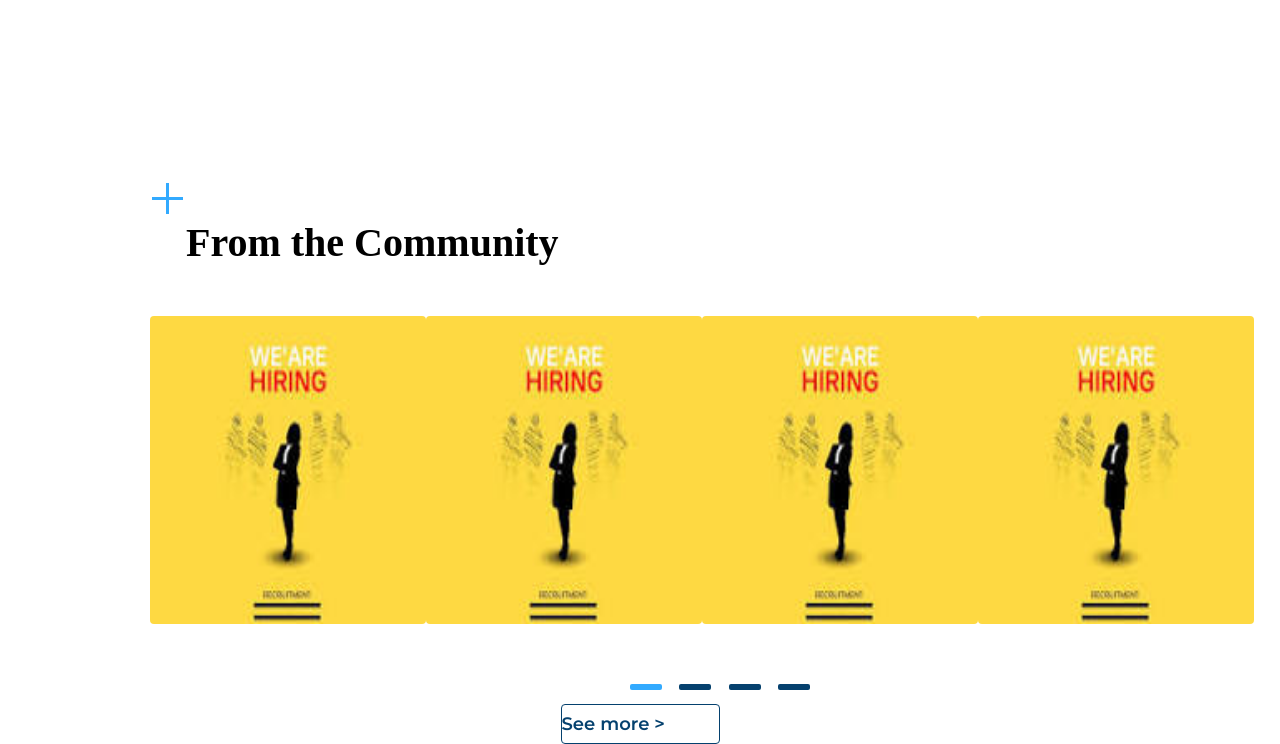
Repository: shekharyadav638/OSL_Assignment_1
Page: index.html
An editor plug-in stored every save of this project. The page is shown before and after a run of saves, followed by the edit.
The browser window is 1280 px wide. The pictures show the whole page.
The style sheet was rebuilt from its Sass, Less or Tailwind sources for each picture, by a compiler version that may differ from the author's.

Above is the page before, as saved 2024-07-14 08:30:02.

After the next 3 saves:
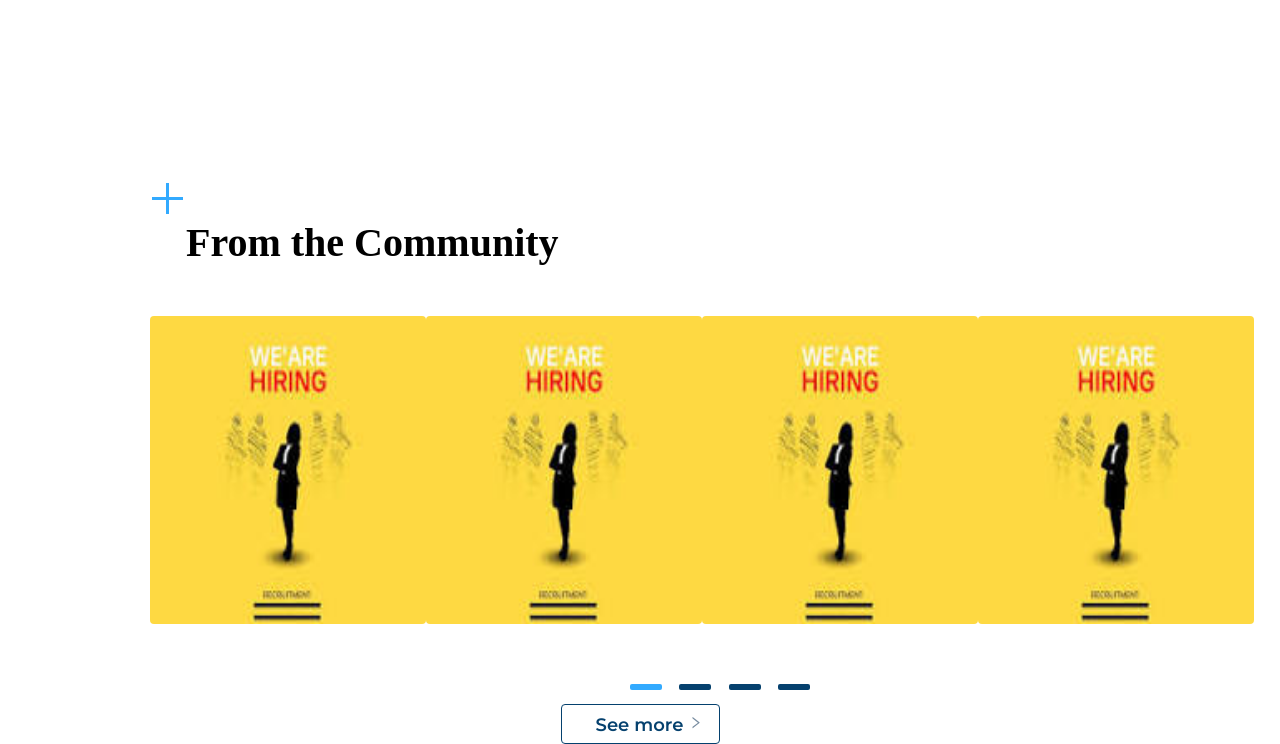
The 3 saves are shown as one change because 2 did not build or start.
The last was saved 115 s later.
--- a/index.html
+++ b/index.html
@@ -94,7 +94,11 @@
           <div class="hiring_footer_slide_2"></div>
           <div class="hiring_footer_slide_2"></div>
         </div>
-        <div class="hiring_footer_btn"><button>See more ></button></div>
+        <div class="hiring_footer_btn">
+          <button>
+            See more <span><img src="img/right_arrow.svg" alt="arrow" /></span>
+          </button>
+        </div>
       </div>
     </section>
   </body>
--- a/_hiring.scss
+++ b/_hiring.scss
@@ -74,10 +74,10 @@
         border: 1px solid #05416e;
         border-radius: 4px;
         opacity: 1;
-        text-align: left;
         font: normal normal 600 18px/17px Montserrat;
         letter-spacing: 0px;
         color: #05416e;
+        padding-left: 20px;
       }
     }
   }
